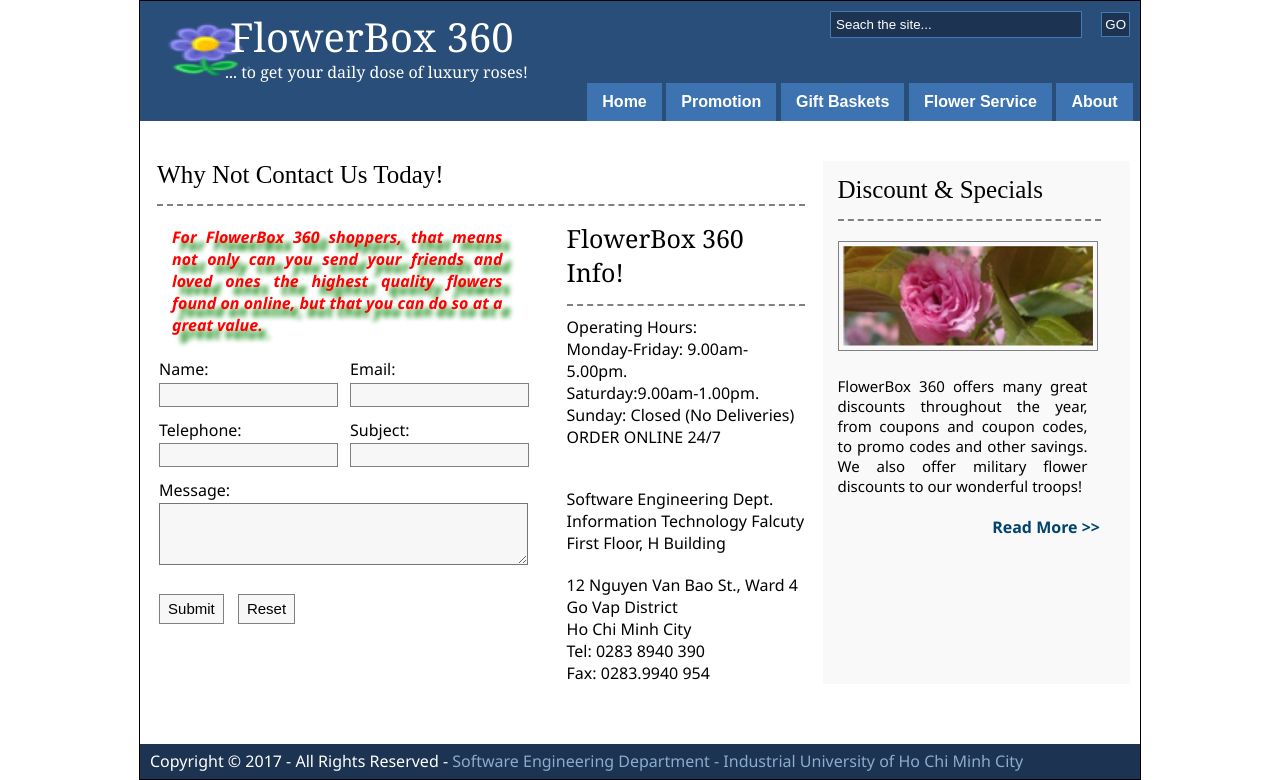
Repository: thu1365/BTKT_WEB
Page: HTML/btkt.html
An editor plug-in stored every save of this project. The page is shown before and after the next save, followed by the edit.
The browser window is 1280 px wide. The pictures show the whole page.

Above is the page before, as saved 2023-03-11 21:34:01.

After the next save:
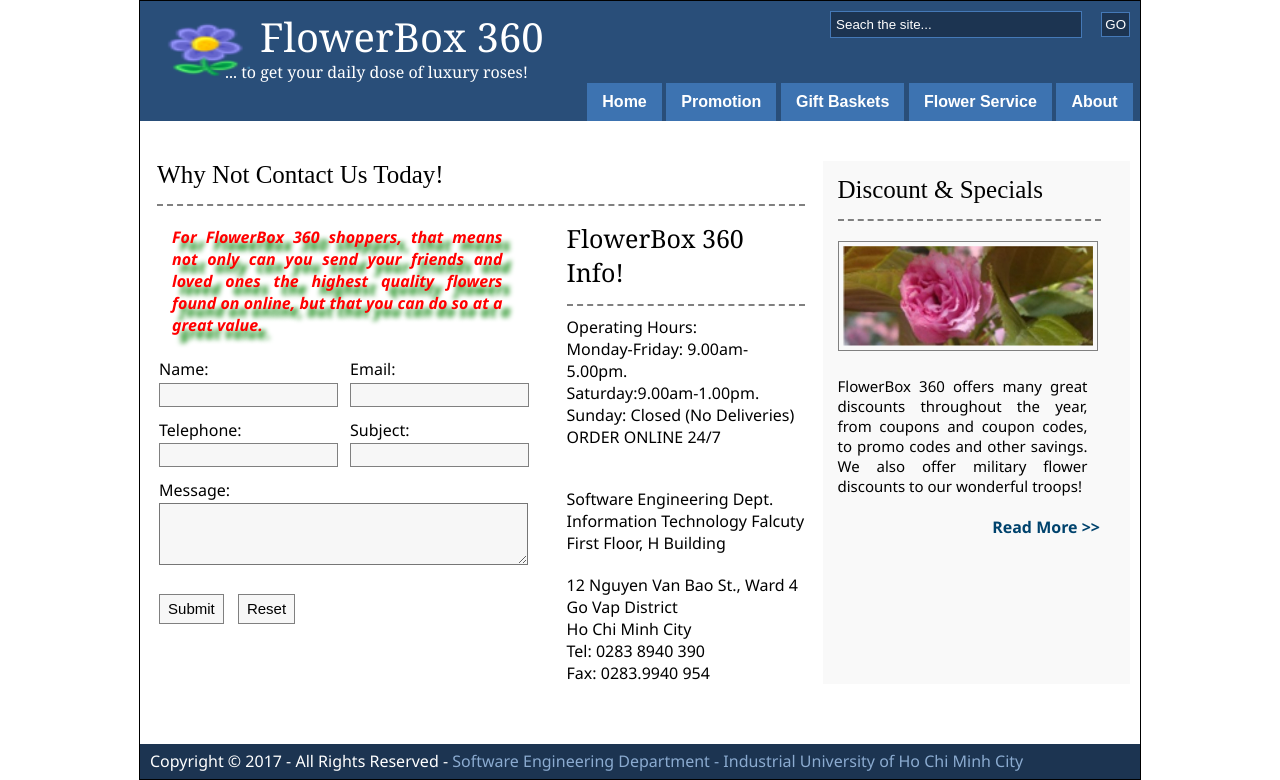
Saved 8 s later.
--- a/HTML/btkt.html
+++ b/HTML/btkt.html
@@ -38,7 +38,7 @@
             font-size: 40px;
             color: #fff;
             position: absolute;
-            left: 90px;
+            left: 120px;
             top: 8px;
         }
 
